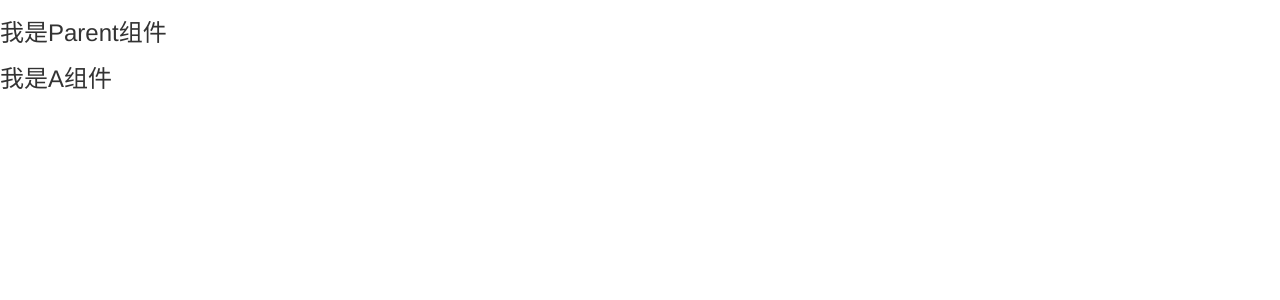
Repository: JinYiGao/ReactLearning
Page: / (app in 14.React脚手架/react_extension/)
These files come from the project's save history. The page is drawn as it stood at one moment and after the next save; the edit follows.
The browser window is 1280 px wide. The pictures show the whole page.
The project was rebuilt for these pictures with package versions that can differ from the ones it lists, and the page was loaded fresh each time.

Above is the page before, as saved 2022-04-13 00:04:56.

After the next save:
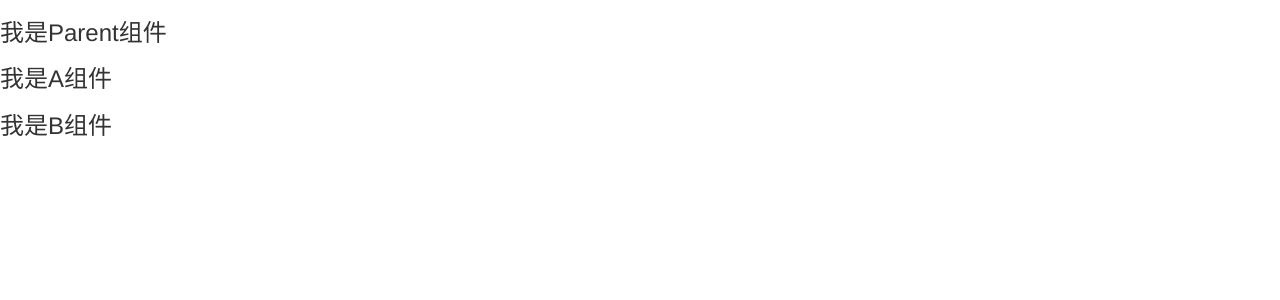
Saved 23 s later.
--- a/14.React脚手架/react_extension/src/components/7_render_props/index.jsx
+++ b/14.React脚手架/react_extension/src/components/7_render_props/index.jsx
@@ -30,7 +30,7 @@ class A extends Component {
     return (
       <div>
           <h3>我是A组件</h3>
-
+          {this.props.children}
       </div>
     )
   }

After the 3 saves that followed:
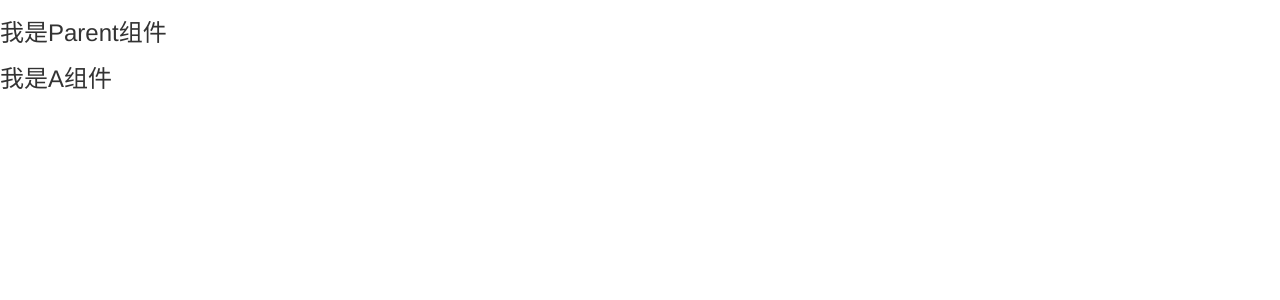
The 3 saves are shown as one change because 2 left the picture as it was.
The last was saved 5 min 14 s later.
--- a/14.React脚手架/react_extension/src/components/7_render_props/index.jsx
+++ b/14.React脚手架/react_extension/src/components/7_render_props/index.jsx
@@ -4,7 +4,7 @@
  * @Author: JinYiGao
  * @Date: 2022-04-12 23:37:34
  * @LastEditors: JinYiGao
- * @LastEditTime: 2022-04-13 00:04:55
+ * @LastEditTime: 2022-04-13 00:10:32
  */
 import React, { Component } from 'react'
 
@@ -14,7 +14,7 @@ export default class Parent extends Component {
     return (
       <div>
           <h3>我是Parent组件</h3>
-          <A><B></B></A>
+          <A/>
       </div>
     )
   }
@@ -25,6 +25,7 @@ export default class Parent extends Component {
 }
 
 class A extends Component {
+  state = {name: "Tom"}
   render() {
     console.log(this);
     return (
